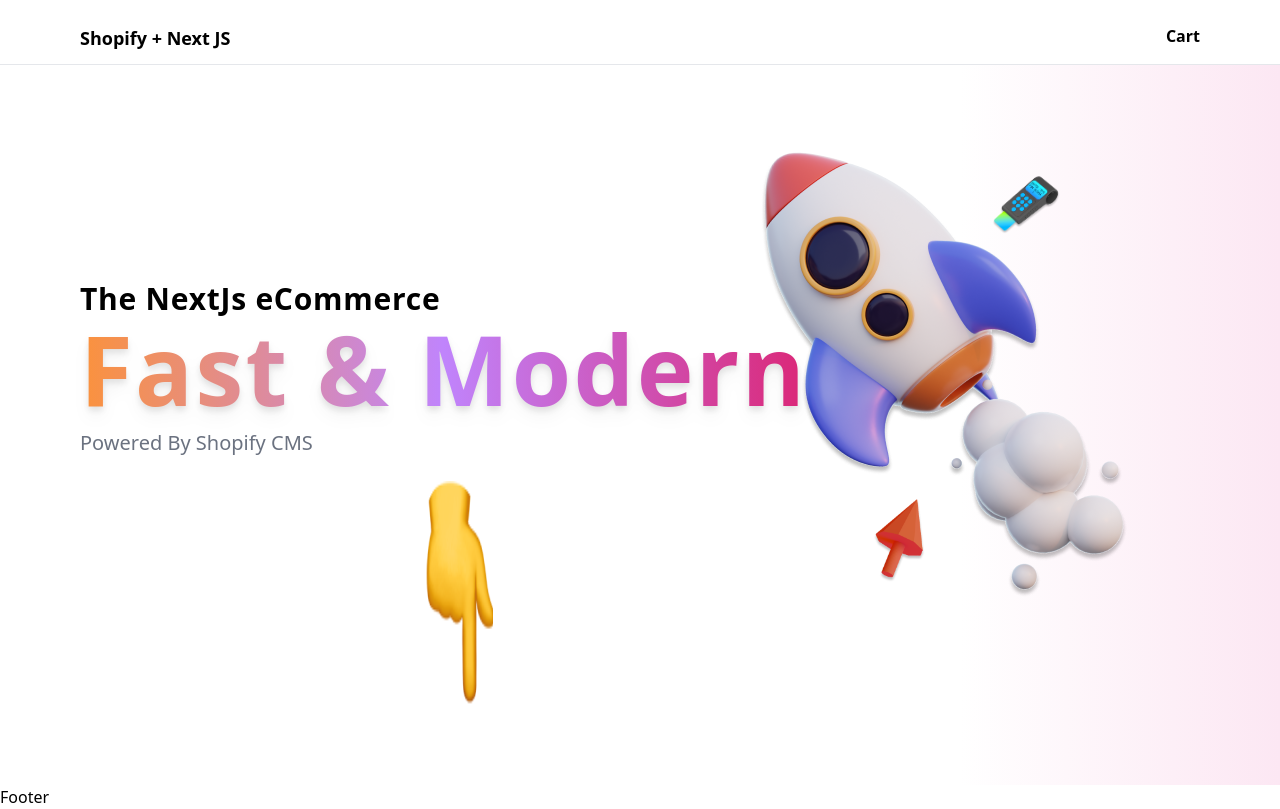
Repository: Krishna-bansall/store
Page: /
An editor plug-in stored every save of this project. The page is shown before and after the next save, followed by the edit.
The browser window is 1280 px wide. The pictures show the whole page.
The project was rebuilt for these pictures with package versions that can differ from the ones it lists, and the page was loaded fresh each time. The framework's server and built-in components were replaced by stand-ins that run in the browser. Also part of the build but not shown: next.config.js, utils/helpers.js, components/ProductCard.js, components/ProductList.js.

Above is the page before, as saved 2022-04-10 18:07:17.

### pages/_app.tsx
import '../styles/globals.css'
import { AnimatePresence } from 'framer-motion'
import Layout from '../components/Layout'
import type { AppProps } from 'next/app'

function MyApp({ Component, pageProps }: AppProps) {
  return (
        <AnimatePresence exitBeforeEnter>
          <Layout>
            <Component {...pageProps} />
          </Layout>
        </AnimatePresence>
    )
}

export default MyApp

### pages/index.js
// import { getProductInCollection, getProduct } from '../lib/shopify'
import ProductList from '../components/ProductList'
import HeroSection from '../components/HeroSection'

const Home = ({ products }) => {
  return (
    <div className="">
      <HeroSection />
      {/* <ProductList product={products} />{' '} */}
    </div>
  )
}
// export async function getStaticProps() {
//   const products = await getProductInCollection()

//   return {
//     props: { products }, // will be passed to the page component as props
//   }
// }

export default Home

### components/Layout.js
import React, { Children } from 'react'
import Nav from './Nav'
import HeroSection from './HeroSection'
function Layout({ children }) {
  return (
    <div className="flex flex-col justify-between">
      <Nav />
      <div className="overflow-hidden">
        <main>{children}</main>
        <footer>Footer</footer>
      </div>
    </div>
  )
}

export default Layout

### components/HeroSection.js
import React from 'react'
import Link from 'next/link'
import Image from 'next/image'
import rocket from '../public/images/rocket.png'
import machine from '../public/images/machine.png'
import cursor from '../public/images/cursor.png'
import down from '../public/images/down.png'
function HeroSection() {
  return (
    <div className="relative grid h-screen grid-cols-2 bg-white">
      <div
        className="z-10 col-span-2 grid max-h-screen grid-cols-[1fr_3fr_1fr] grid-rows-[3fr_2fr_3fr]
      px-4 py-20 md:grid-cols-[2fr_1fr] md:grid-rows-[1fr_2fr_2fr] md:px-20"
      >
        <div className="col-start-2 row-start-2 flex h-full items-center justify-center text-center md:col-start-1 md:justify-start md:text-left">
          <div className="absolute -translate-y-1/2 md:translate-y-0">
            <h3 className="mb-1 max-w-xl text-lg font-semibold tracking-wide md:text-2xl lg:text-3xl 2xl:text-5xl">
              The NextJs eCommerce
            </h3>
            <h1
              className="mb-3 max-w-full bg-gradient-to-r from-orange-400 via-purple-400 to-pink-600 bg-clip-text
          text-4xl font-black text-transparent drop-shadow-lg md:text-6xl md:tracking-wide lg:text-8xl 2xl:text-9xl"
            >
              Fast & Modern
            </h1>
            <p className="text-sm text-gray-500 md:text-xl 2xl:text-3xl">
              Powered By Shopify CMS
            </p>
          </div>
        </div>

        <div className="col-start-3 flex justify-start md:col-start-2 md:justify-center">
          <div className="flex w-full items-end md:w-[clamp(3rem,7rem,10rem)] xl:ml-6">
            <Image className="" src={machine} alt="Machine" />
          </div>
        </div>

        <div className="col-start-2 row-start-1 hidden items-start md:visible md:row-start-2 md:grid ">
          <div className="absolute grid max-w-xs self-center justify-self-end lg:max-w-full">
            <Image className="" src={rocket} alt="Rocket" />
          </div>
        </div>

        <div className="visible  col-start-2 row-start-1 flex items-end justify-center md:hidden">
          <div className="flex w-40 items-end">
            <Image className="-rotate-90 " src={rocket} alt="Rocket" />
          </div>
        </div>

        <div className="col-start-3 row-start-2 grid md:col-start-2 md:row-start-3">
          <div className="flex items-start md:w-[clamp(3rem,7rem,10rem)] xl:ml-6">
            <Image
              className="-rotate-45 md:rotate-0"
              src={cursor}
              alt="Cursor"
            />
          </div>
        </div>
        <div className="col-start-2 row-start-3 flex justify-center md:col-start-1">
          <Image src={down} alt="down" />
        </div>
      </div>

      <div
        className="absolute col-start-2 h-full w-full bg-gradient-to-bl from-pink-100
         via-white to-transparent md:bg-gradient-to-l"
      ></div>
    </div>
  )
}

export default HeroSection

### components/Nav.js
import React from 'react'
import Link from 'next/link'
export default function Nav() {
  return (
    <header className="sticky top-0 z-20 border-b  backdrop-blur-md">
      <div className="item-center flex max-w-6xl justify-between px-4 pt-6 pb-3 md:px-20 lg:max-w-full">
        <Link href="/" passHref>
          <a className="cursor-pointer">
            <span className="pt-1 text-lg font-bold 2xl:text-3xl">
              Shopify + Next JS
            </span>
          </a>
        </Link>
        <a className="text-medium cursor pointer font-bold 2xl:text-2xl">
          Cart
        </a>
      </div>
    </header>
  )
}

Loaded but not shown: styles/globals.css (common file); tailwind.config.js (common file)

After the next save:
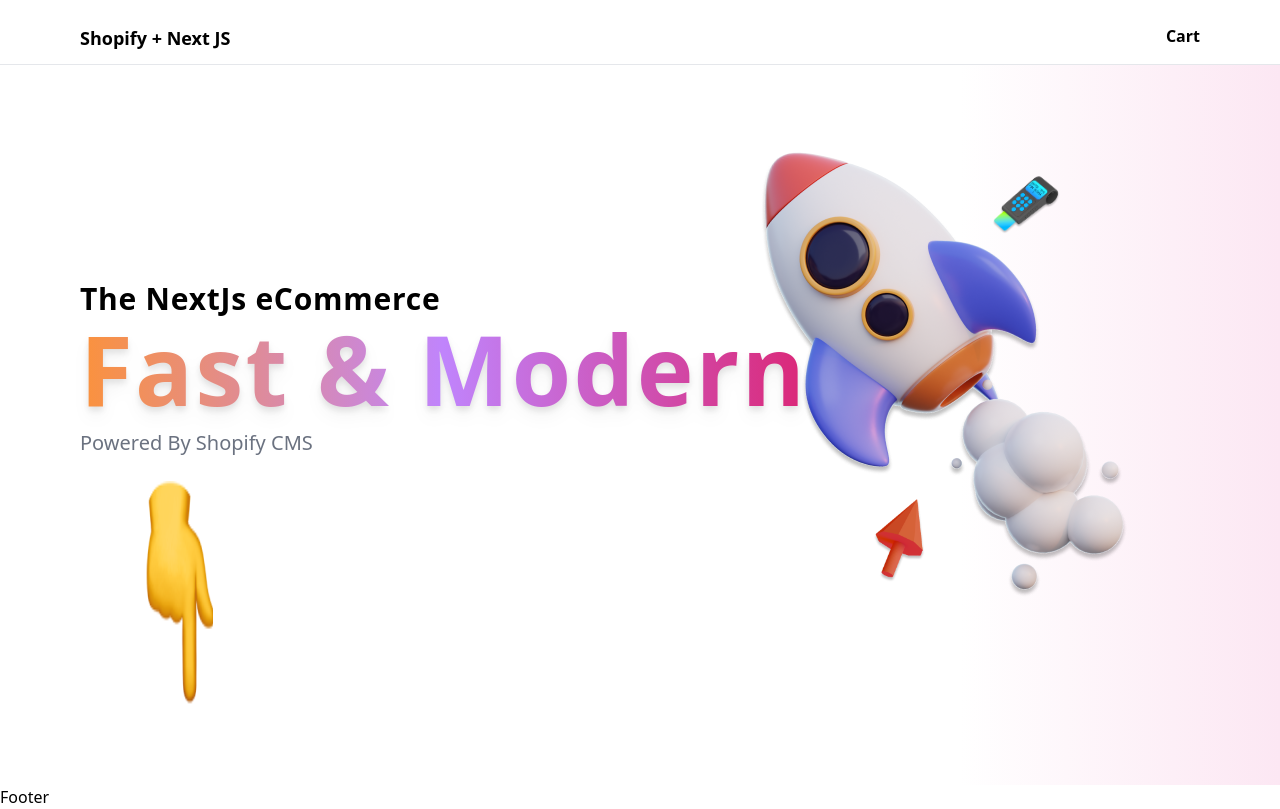
Saved 13 s later.
--- a/components/HeroSection.js
+++ b/components/HeroSection.js
@@ -56,7 +56,7 @@
             />
           </div>
         </div>
-        <div className="col-start-2 row-start-3 flex justify-center md:col-start-1">
+        <div className="col-start-2 row-start-3 flex w-1/4 justify-center md:col-start-1">
           <Image src={down} alt="down" />
         </div>
       </div>

After the save that followed:
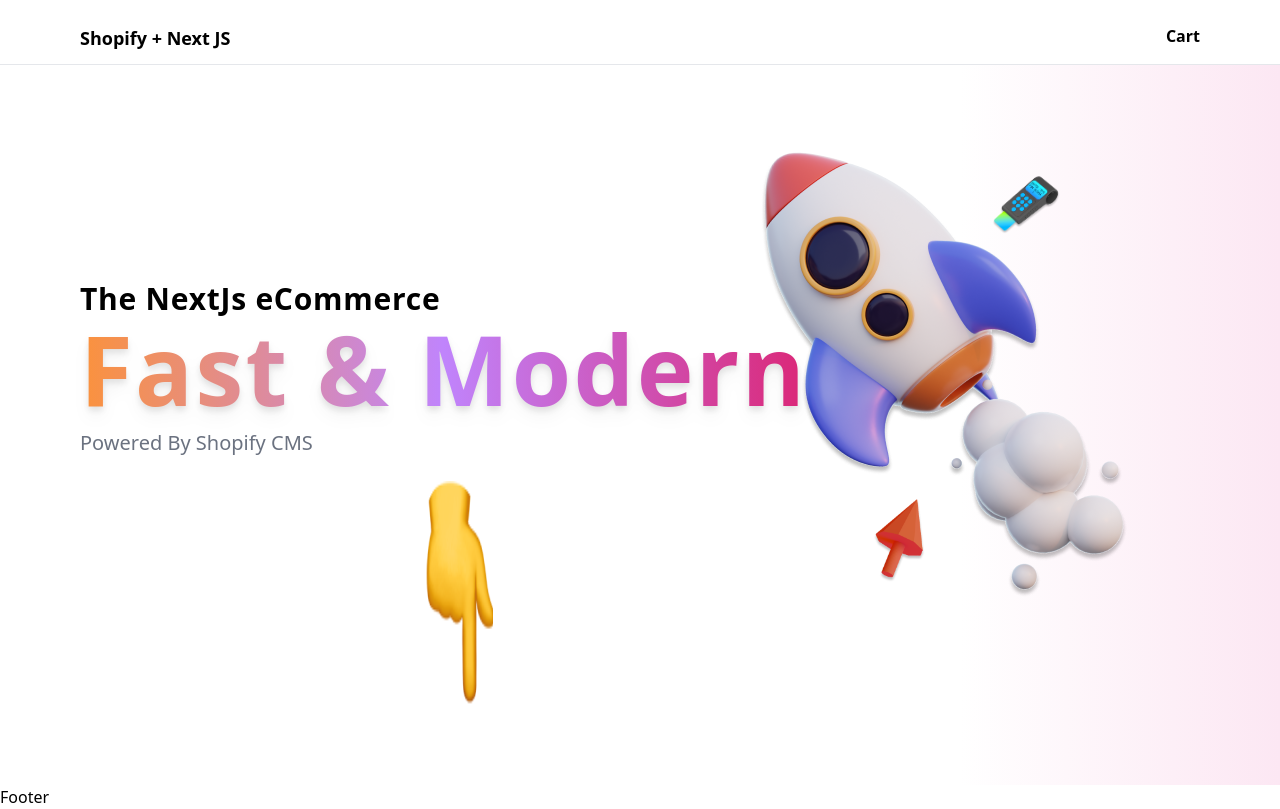
Saved 7 s later.
--- a/components/HeroSection.js
+++ b/components/HeroSection.js
@@ -56,7 +56,7 @@
             />
           </div>
         </div>
-        <div className="col-start-2 row-start-3 flex w-1/4 justify-center md:col-start-1">
+        <div className="col-start-2 row-start-3 flex justify-center md:col-start-1">
           <Image src={down} alt="down" />
         </div>
       </div>
